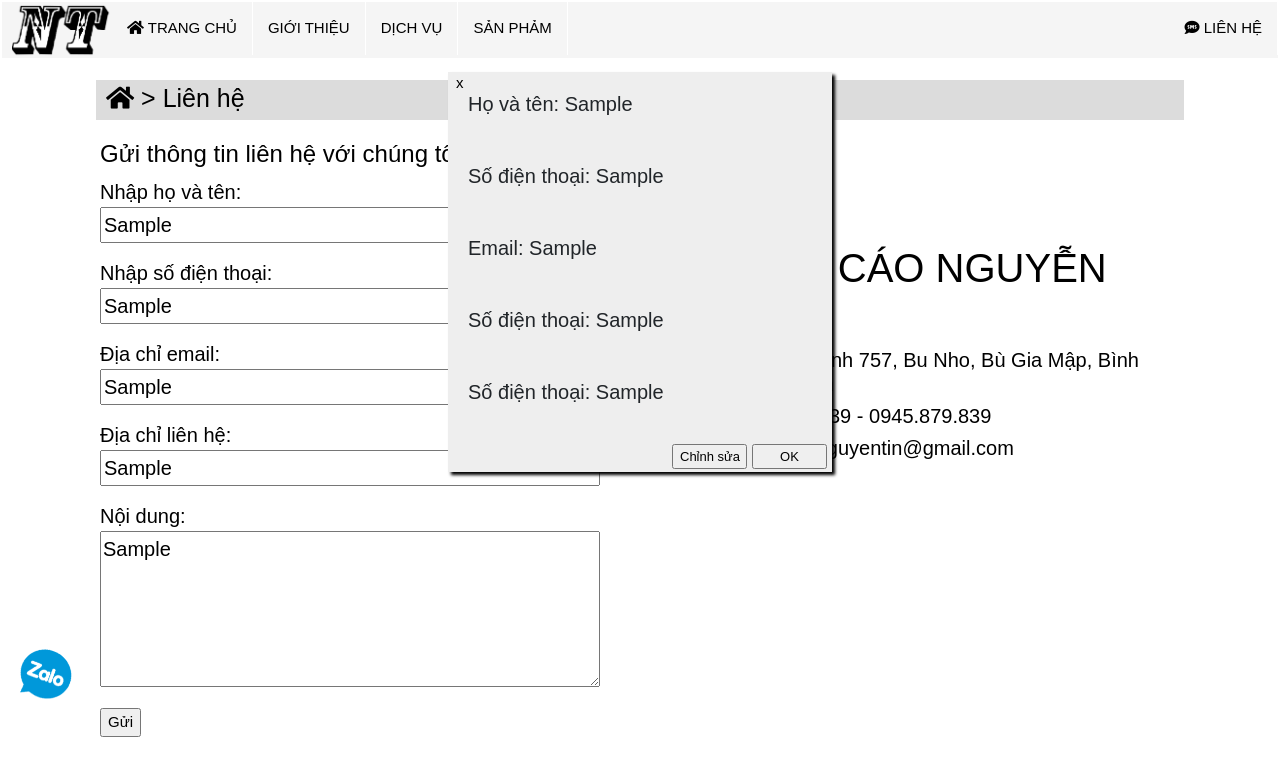
Repository: Haunguyen42193/quangcaonguyentin.github.io
Page: contact.html
The author's editor kept a copy of each file at every save. The page is drawn from the files as they stood at one save, then again after the next save.
The browser window is 1280 px wide. The pictures show the part of the page from y = 0 to 757 px (the page is 1526 px tall).
Empty fields were first filled with sample values (such as "Sample", 5 or name@example.com).
After loading, the first visible `#submit` was clicked once.
Pictures or frames that could not be fetched are drawn as grey boxes. Some web fonts or font styles are not loaded; a fallback is used. Some web libraries are served in a nearby version.

Above is the page before, as saved 2021-09-17 18:05:10.

After the next save:
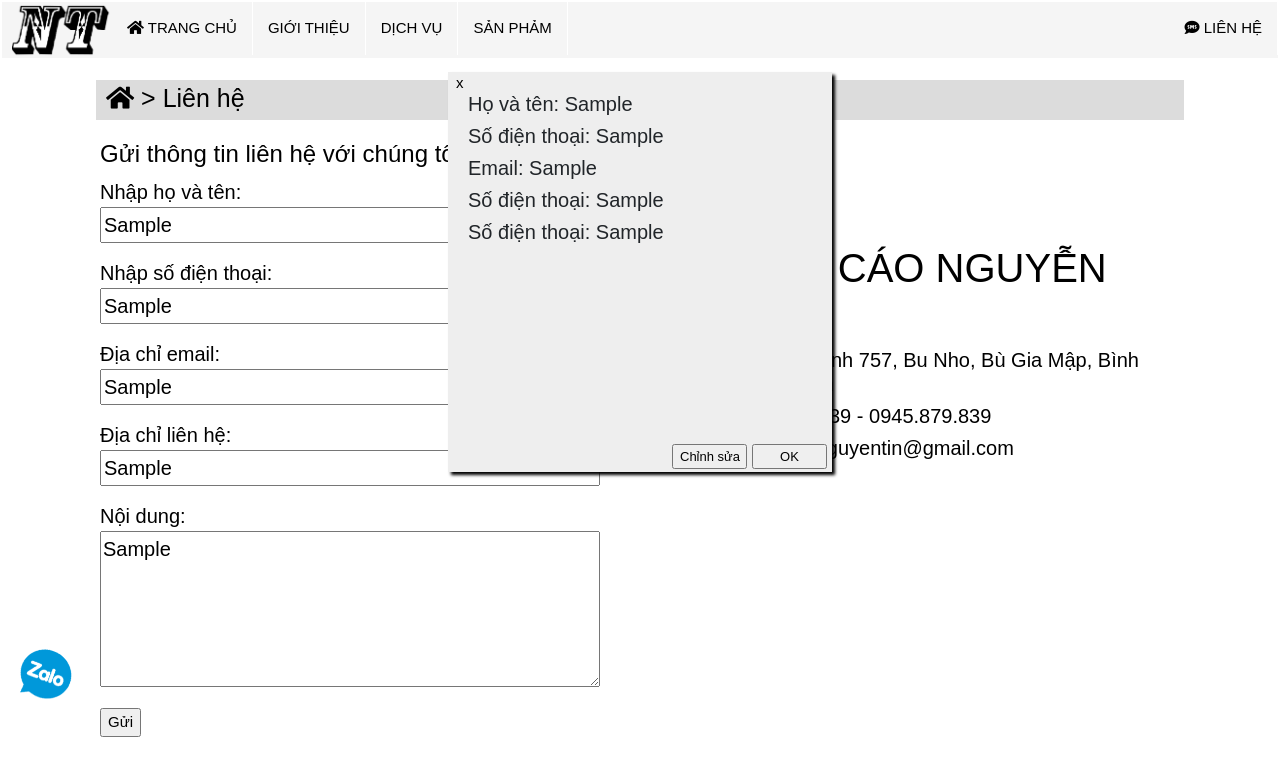
Saved 31 s later.
--- a/CSS/stylecontact.css
+++ b/CSS/stylecontact.css
@@ -299,7 +299,7 @@ a:active{
     width: 75px;
     font-size: 13px;
 }
-.inform h5{
+.notice{
     padding: 20px;
 }
 /*contact-map*/
